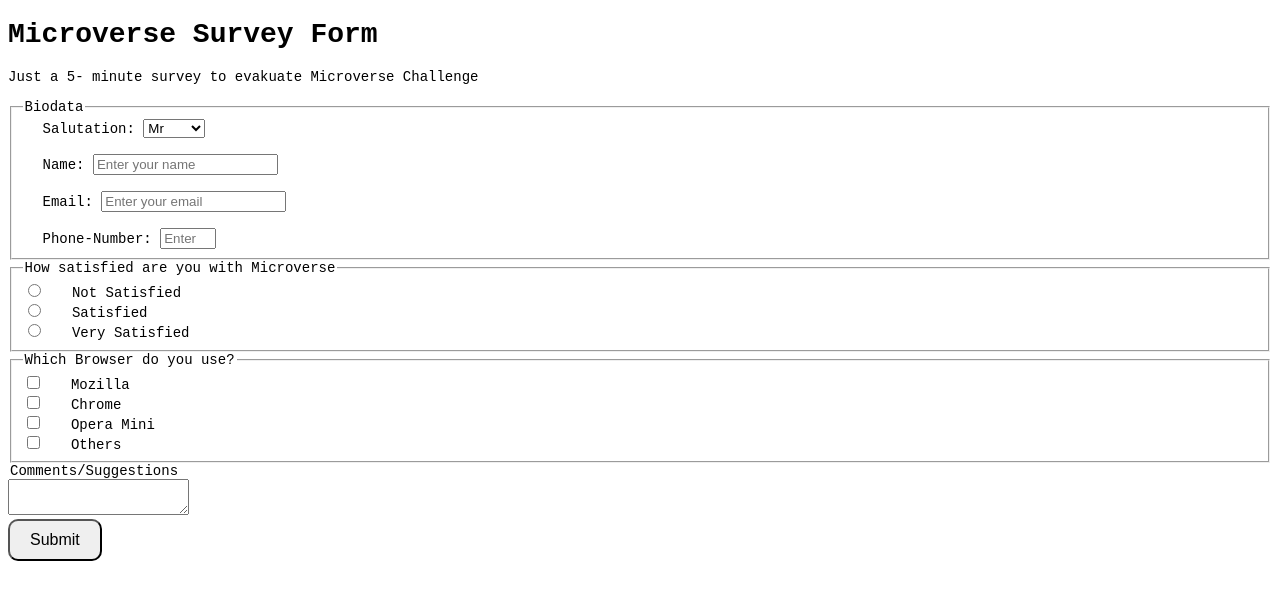
Repository: ahmedmeshref/Microverse-project
Page: index.html
These files come from the project's save history. The page is drawn as it stood at one moment and after the next save; the edit follows.
The browser window is 1280 px wide. The pictures show the whole page.

Above is the page before, as saved 2019-03-29 15:46:56.

After the next save:
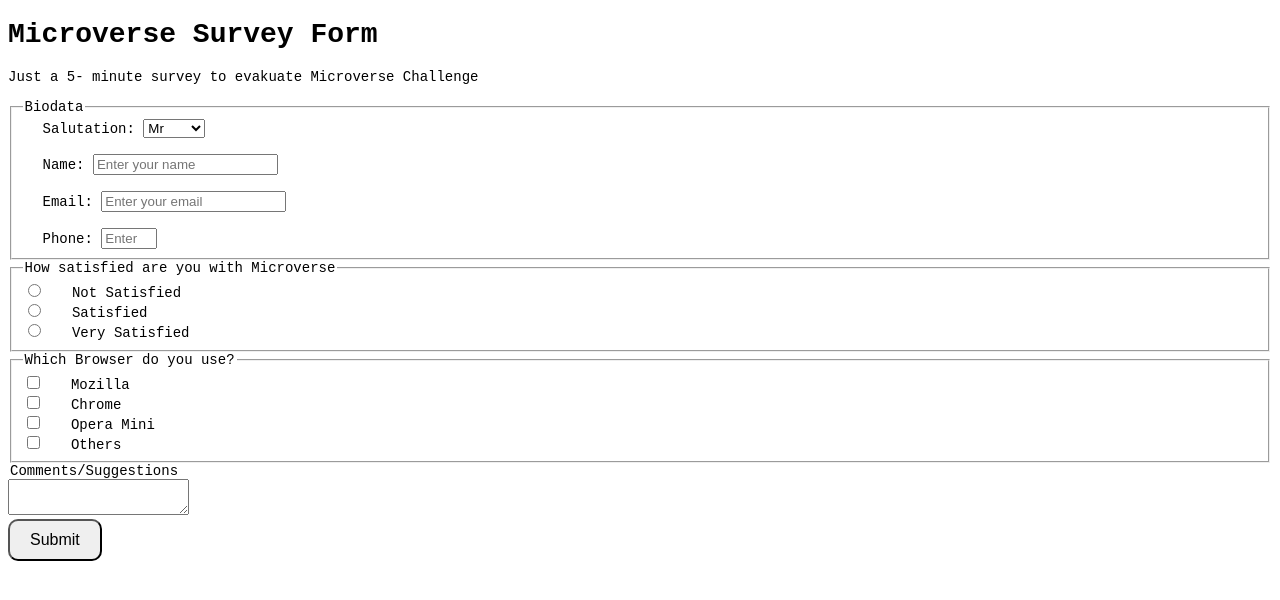
Saved 48 s later.
--- a/index.html
+++ b/index.html
@@ -27,7 +27,7 @@
     <label id="email-label" for="email">Email: </label>
     <input type="email"  id="email-label" placeholder="Enter your email" required><br/><br/>
 
-    <label id="phone-label"  for="phone-number">Phone-Number: </label>
+    <label id="phone-label"  for="phone-number">Phone: </label>
     <input type="number" width="20"  id="phone-label" placeholder="Enter your Phone Number" required min="6" max="20">
 </fieldset>
 
